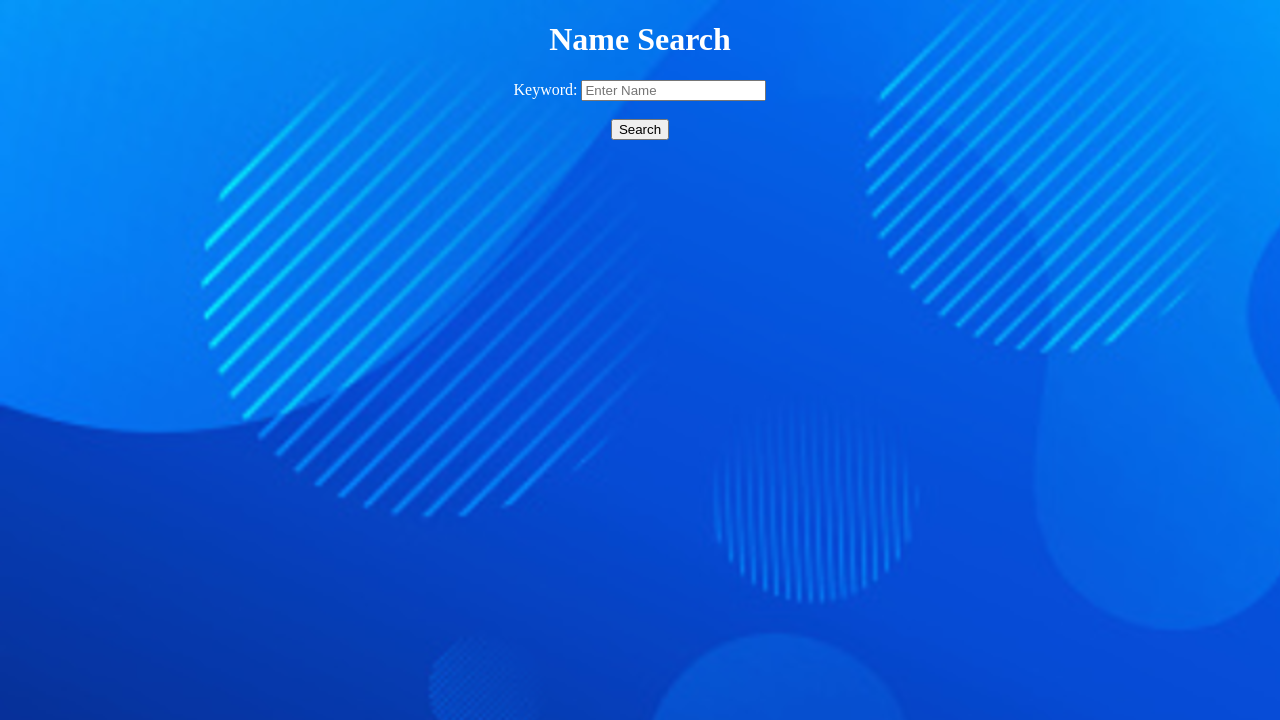
Repository: EricG831/egl1
Page: a3/index.html
The author's editor kept a record of every edit. The page is drawn from the files as they stood at one moment, then again after the next edit.
The browser window is 1280 px wide. The pictures show the whole page.

Above is the page before.

After the next edit:
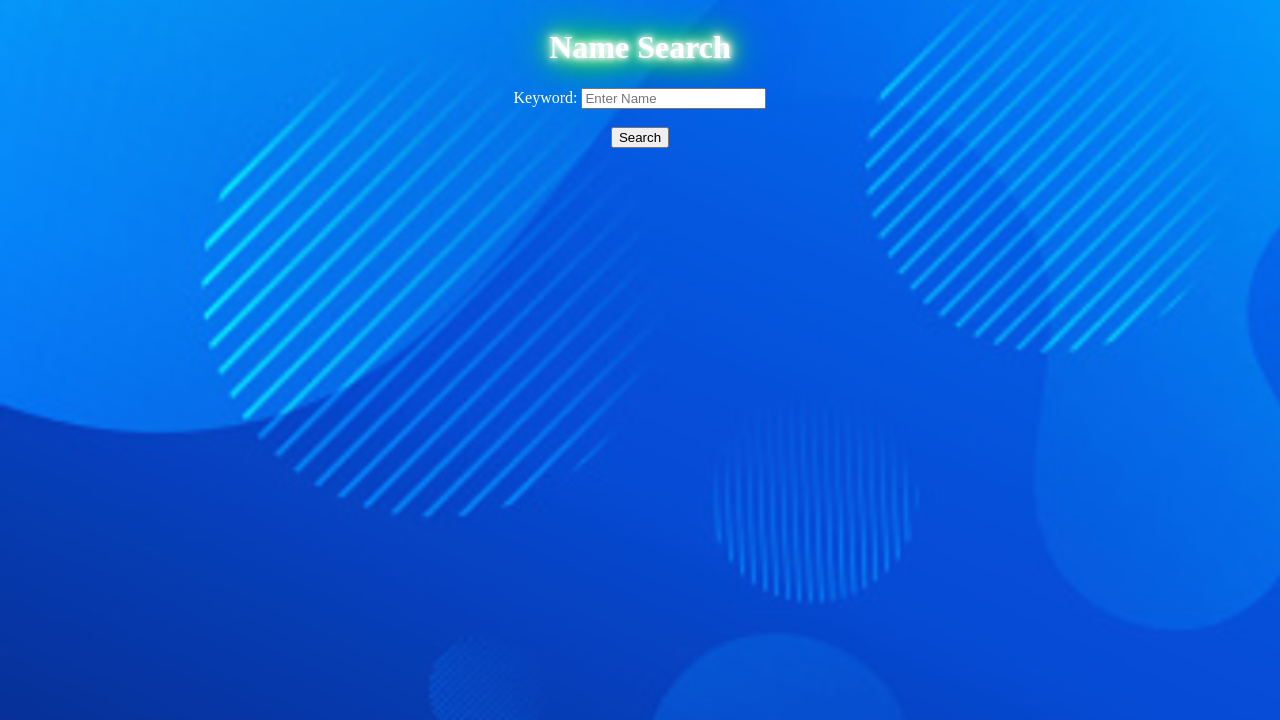
The edit:
--- a/a3/css/app.css
+++ b/a3/css/app.css
@@ -1,6 +1,16 @@
 body {
-    background-image: url("../img/bg.jpg");
     color:white;
     text-align: center;
     background-image: url("../img/backgrounf.jpg");
+    position:fixed;
+    top:0px;
+    bottom:0px;
+    left:0px;
+    right:0px;
+    height: 100vh;
 }
+
+#demotext{
+    color: white;
+    text-shadow: 0 0 5px #FFF, 0 0 10px #FFF, 0 0 15px #FFF, 0 0 20px #49ff18, 0 0 30px #49FF18, 0 0 40px #49FF18, 0 0 55px #49FF18, 0 0 75px #49ff18;
+}
